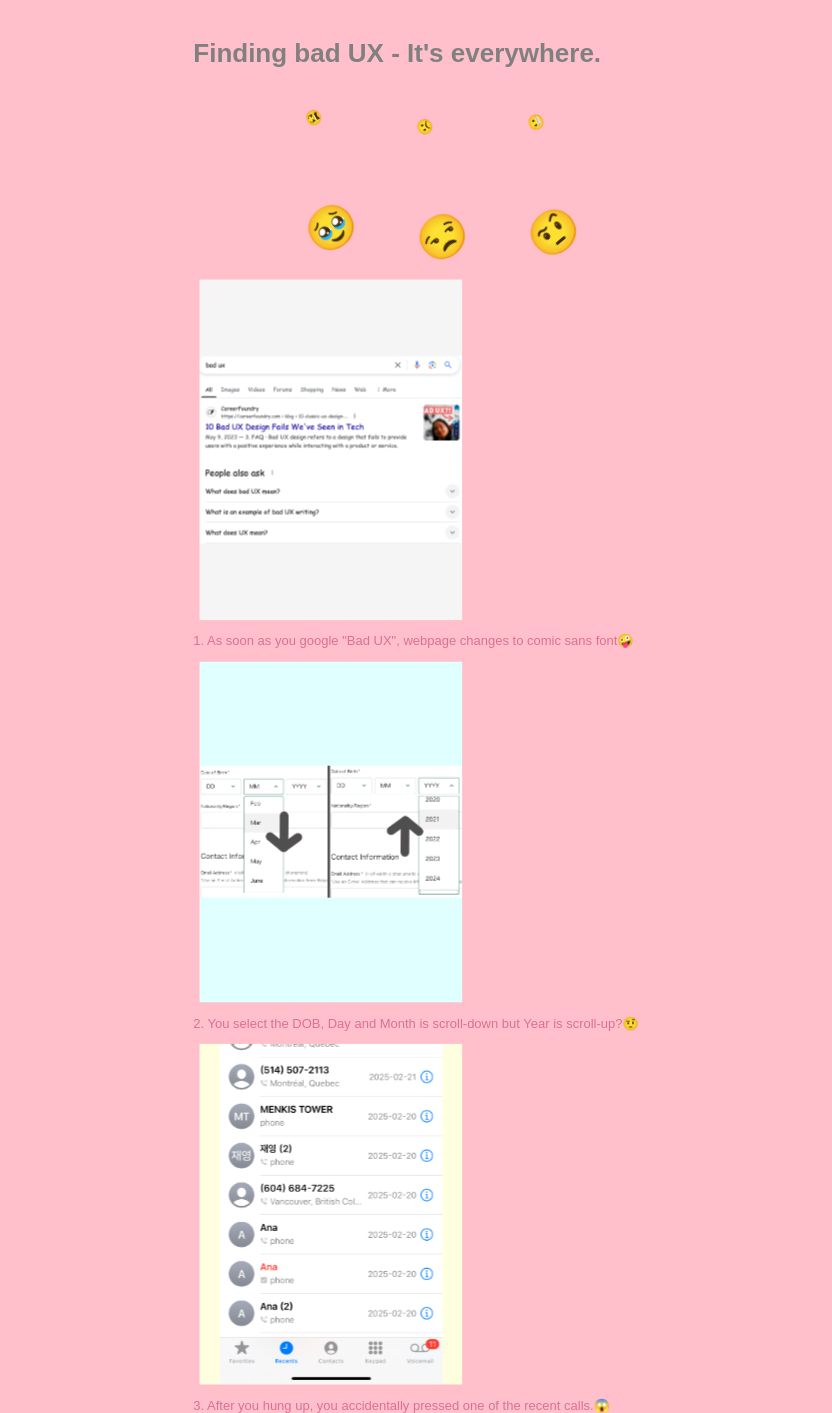
Repository: j1s00jang/MDIA-2109
Page: badUX.html
The author's editor kept a copy of each file at every save. The page is drawn from the files as they stood at one save, then again after the next save.
The browser window is 1280 px wide. The pictures show the whole page, at 65% of full size.
Some web libraries are served in a nearby version.

Above is the page before, as saved 2025-03-02 13:19:15.

After the next save:
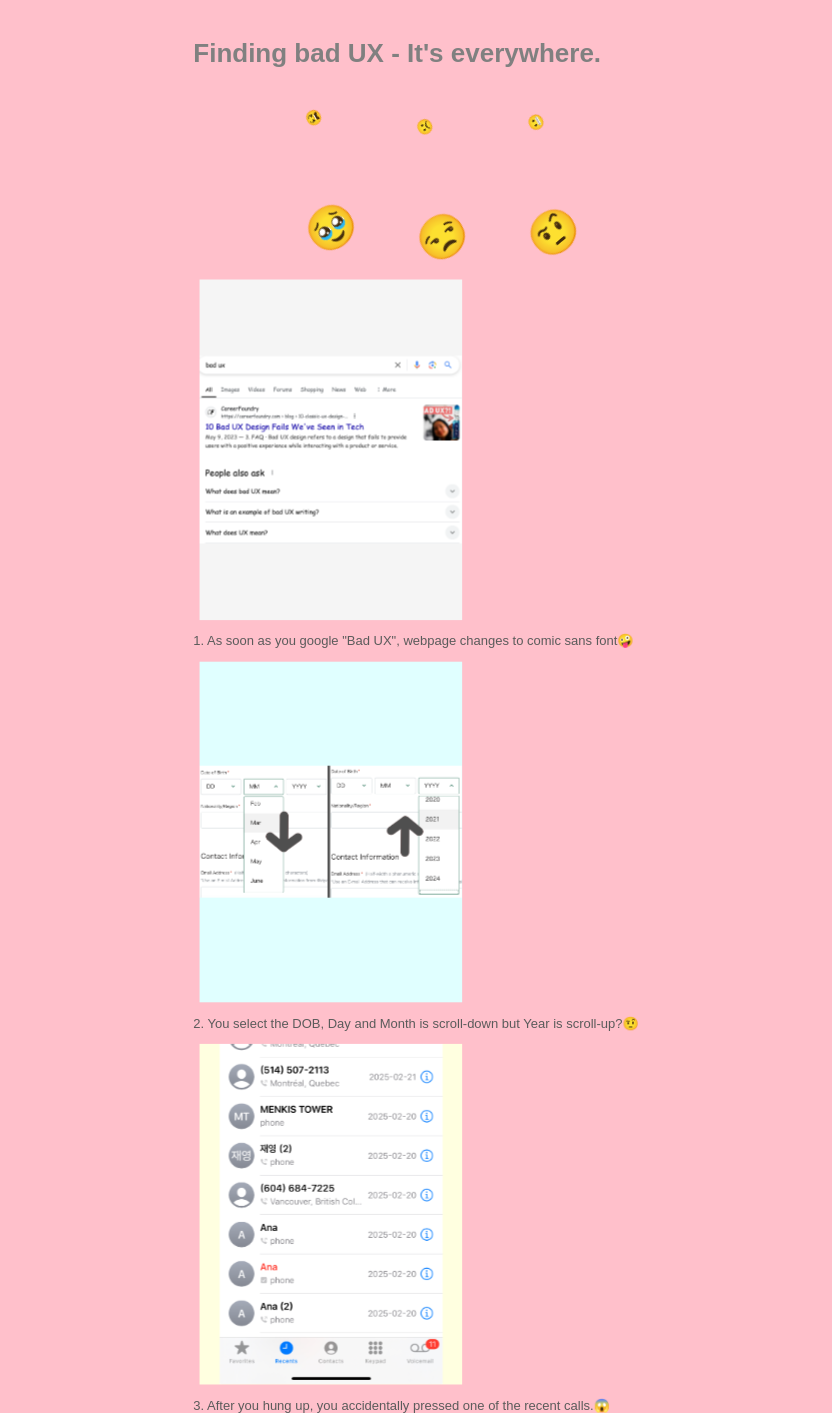
Saved 55 s later.
--- a/css/badUXstyles.css
+++ b/css/badUXstyles.css
@@ -3,7 +3,7 @@ html {
     font-size: 1.25em;
     background-color: pink;
     padding: 1.25em;
-    color: palevioletred;
+    color: rgb(91, 91, 91);
 }
 
 body {
